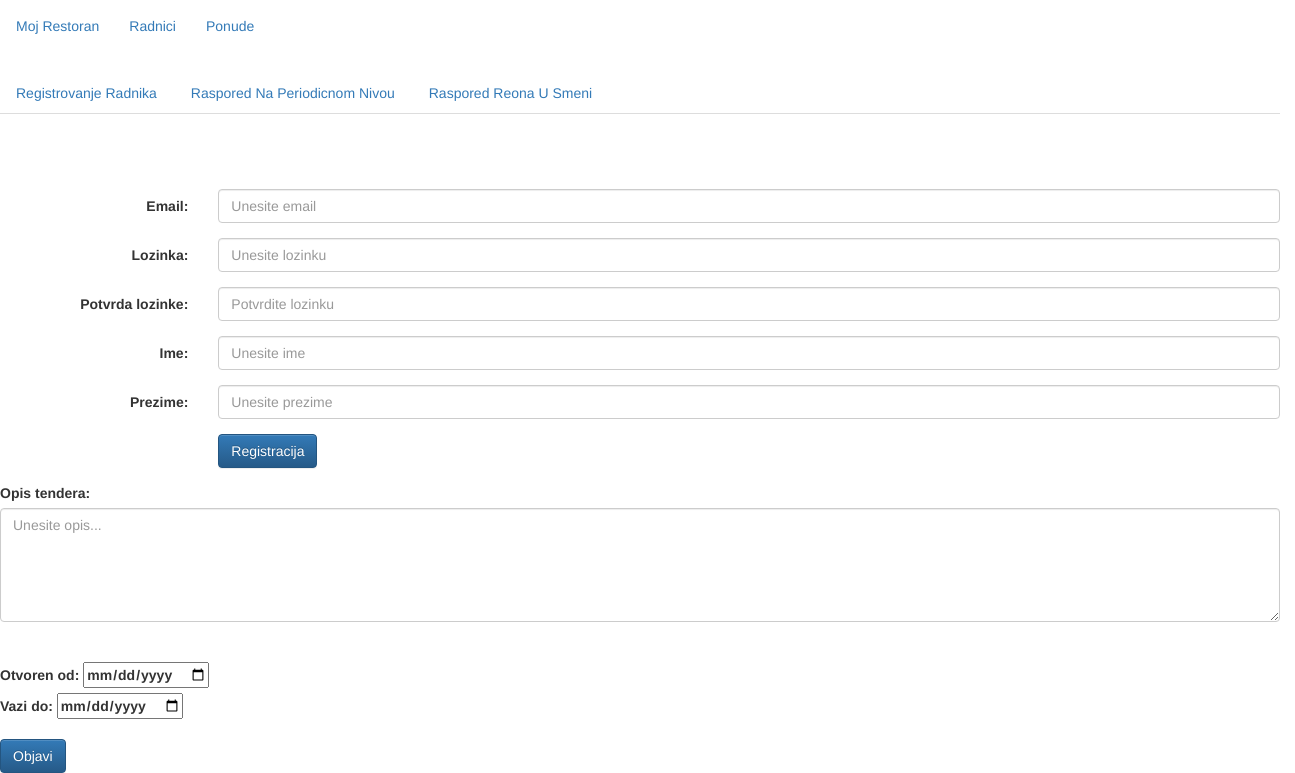
Repository: milanadam94/ISA-2016
Page: jpa-example/src/main/webapp/RestaurantManager/RestaurantManagerWorkers.html
These files come from the project's save history. The page is drawn as it stood at one moment and after the next save; the edit follows.
The browser window is 1280 px wide. The page is 1295 px wide, so the pictures cover 1295 px, including what lies to the right of the window. The pictures show the whole page.
Some web libraries are served in a nearby version.

Above is the page before, as saved 2017-02-26 04:04:40.

### jpa-example/src/main/webapp/RestaurantManager/RestaurantManagerWorkers.html
<!DOCTYPE html>
<html>
<head>
<meta charset="ISO-8859-1">
<title>Menadzer Restorana</title>

<!-- JQUERY -->
<script src="https://code.jquery.com/jquery-3.1.1.js" integrity="sha256-16cdPddA6VdVInumRGo6IbivbERE8p7CQR3HzTBuELA=" crossorigin="anonymous"></script>

<!-- BOOTSTRAP CSS -->
<link rel="stylesheet" href="https://maxcdn.bootstrapcdn.com/bootstrap/3.3.7/css/bootstrap.min.css" integrity="sha384-BVYiiSIFeK1dGmJRAkycuHAHRg32OmUcww7on3RYdg4Va+PmSTsz/K68vbdEjh4u" crossorigin="anonymous">

<!-- BOOTSTRAP THEME -->
<link rel="stylesheet" href="https://maxcdn.bootstrapcdn.com/bootstrap/3.3.7/css/bootstrap-theme.min.css" integrity="sha384-rHyoN1iRsVXV4nD0JutlnGaslCJuC7uwjduW9SVrLvRYooPp2bWYgmgJQIXwl/Sp" crossorigin="anonymous">

<!-- BOOTSTRAP JS -->
<script src="https://maxcdn.bootstrapcdn.com/bootstrap/3.3.7/js/bootstrap.min.js" integrity="sha384-Tc5IQib027qvyjSMfHjOMaLkfuWVxZxUPnCJA7l2mCWNIpG9mGCD8wGNIcPD7Txa" crossorigin="anonymous"></script>

<!-- ANGULAR JS -->
<script src="https://ajax.googleapis.com/ajax/libs/angularjs/1.6.1/angular.js"></script>

<script src="/JQuery-cookie-plugin/jquery.cookie.js"></script>

<!-- TOASTR -->
<!-- <script src="https://cdnjs.cloudflare.com/ajax/libs/toastr.js/latest/css/toastr.css"></script> -->

</head>
<body ng-app="restManager" ng-controller="restManagerWorkersController">
	<nav id="myNavbar" class="navbar">
		<ul class="nav navbar-nav">
			<li><a href="RestaurantManager.html">Moj Restoran</a></li>
			<li><a href="RestaurantManagerWorkers.html">Radnici</a></li>
			<li><a href="RestaurantManagerOfferers.html">Ponude</a></li>
		</ul>
	</nav>
	<div>
		<div class="form-group">
			<ul class="nav nav-tabs">
				<li><a ng-click="registracija()">Registrovanje Radnika</a>
				<li><a ng-click="periodicniNivo()">Raspored Na Periodicnom Nivou</a>
				<li><a ng-click="reonUSmeni()">Raspored Reona U Smeni</a>
			</ul>
		</div>


		<!--  REGISTRACIJA  -->
		<!--  ====================================================== -->
		<div ng-show="registrovanjeShow">
			<br/><br/><br/>
			<form class="form-horizontal">
  			<div class="form-group">
    			<label class="control-label col-sm-2" for="email">Email:</label>
    			<div class="col-sm-10">
      				<input type="email" class="form-control" id="email" ng-model="newWorker.email" placeholder="Unesite email">
    			</div>
  			</div>
  			<div class="form-group">
    			<label class="control-label col-sm-2" for="pwd">Lozinka:</label>
    			<div class="col-sm-10">
      				<input type="password" class="form-control" id="pwd" ng-model="newWorker.password" placeholder="Unesite lozinku">
    			</div>
  			</div>
  			<div class="form-group">
    			<label class="control-label col-sm-2" for="pwd2">Potvrda lozinke:</label>
    			<div class="col-sm-10">
      				<input type="password" class="form-control" id="pwd2" ng-model="passwordConfirm" placeholder="Potvrdite lozinku">
    			</div>
  			</div>
  			<div class="form-group">
    			<label class="control-label col-sm-2" for="ime">Ime:</label>
    			<div class="col-sm-10">
      				<input type="text" class="form-control" id="ime" ng-model="newWorker.name" placeholder="Unesite ime">
    			</div>
  			</div>
  			<div class="form-group">
    			<label class="control-label col-sm-2" for="prezime">Prezime:</label>
    			<div class="col-sm-10">
      				<input type="text" class="form-control" id="prezime" ng-model="newWorker.lastName" placeholder="Unesite prezime">
    			</div>
  			</div>
  			<div class="form-group text-danger" ng-if="error">{{ errorMessage }}</div>
  			<div class="form-group">
    			<div class="col-sm-offset-2 col-sm-10">
      				<button type="submit" class="btn btn-primary" ng-click="registerWorker()">Registracija</button>
    			</div>
  			</div>
  			</form>

		</div>



		<!--  DODAVANJE OGLASA -->
		<!--  ================================ -->
		<div ng-show="objavljivanjeShow">

			<div class="form-group">
				<label for="description">Opis tendera:</label>
				<textarea class="form-control" rows="5" id="tenderDescription" ng-model="newTender.description" placeholder="Unesite opis..."></textarea>
				<br/><br/>
				<label for="startDate">Otvoren od: <input type="date" ng-model="newTender.startDate" > </input> </label> <br/>
				<label for="startDate">Vazi do: <input type="date" ng-model="newTender.endDate"> </input> </label>

			</div>

			<button type="submit" class="btn btn-primary" ng-click="ObjaviTender()">Objavi</button>

		</div>





		<div  ng-show="pregledShow">

		</div>


	</div>

</body>


<!-- ANGULAR SCRIPT -->
<script src="RestaurantManagerOfferers.js"></script>

</html>

### jpa-example/src/main/webapp/RestaurantManager/RestaurantManagerOfferers.js
angular.element(document).ready(function () {
    console.log('page loading completed');
});
var restManager = angular.module('restManager', []).config(['$qProvider', '$httpProvider', function ($qProvider, $httpProvider)  {
    $qProvider.errorOnUnhandledRejections(false);

}]).run(['$rootScope', '$http', '$window', function ($rootScope, $http, $window) {

	//namestiti dole u funckcijama gde treba user.email kada se ovo namesti!
	if (typeof $.cookie('user') !== 'undefined') {
		$scope.user = JSON.parse($.cookie('user'));

		if(user.userType == "GUEST") {
			$window.location.href = "/GuestPage/GuestPage.html";
		}
		// DALJE
	}

}]);




restManager.controller('restManagerOfferersController', [ '$scope', 'registarService','tenderService', function($scope, registarService, tenderService){

	setShows = function(registrovanjeShow, objavljivanjeShow, pregledShow){
		$scope.registrovanjeShow = registrovanjeShow;
		$scope.objavljivanjeShow = objavljivanjeShow;
		$scope.pregledShow = pregledShow;
	}
	setShows(false,false,false);

	$scope.error = false;
	$scope.errorMessage = "";


	$scope.registracija = function(){
		setShows(true,false,false);
	}

	$scope.objavljivanje = function(){
		setShows(false,true,false);
	}

	$scope.pregled = function(){
		setShows(false,false,true);
	}


	$scope.newOfferer= {
			email : "",
			password : "",
			name : "",
			lastName : "",
			userType : "OFFERER"
	}
	$scope.passwordConfirm = "";

	$scope.newTender={
			description : "",
			startDate : "",
			endDate : ""
	}


	$scope.registerOfferer = function(){

		if($scope.newOfferer.email == "" ||
				$scope.newOfferer.pasword == "" ||
				$scope.newOfferer.name == "" ||
				$scope.newOfferer.lastName == "" ||
				$scope.newOfferer.password != $scope.passwordConfirm){

			$scope.error = true;
			$scope.errorMessage = "Neispravan unos!";
			return;
		}

		registarService.registarOfferer($scope.newOfferer);

	}

	$scope.ObjaviTender = function(){

		if($scope.newTender.description == "" || $scope.newTender.startDate == "" || $scope.newTender.endDate == ""){
			alert("Ne sme biti prazno!");
			return;
		}

		if($scope.newTender.startDate > $scope.newTender.endDate){
			alert("Datum pocetka mora biti pre datuma zavrsetka.");
			return;
		}

		tenderService.createTender($scope.newTender);

	}


}]);



restManager.service('registarService',['$window', '$http', function($window, $http){

	this.registarOfferer = function(newOfferer){

		$http({
			  method: 'POST',
			  data : newOfferer,
		      url : "../restManager/registarOfferer"
		}).then(function success(response){
				if(response.data == "Error free"){
					alert("Uspesno registrovan ponudjac");
					location.reload();
				}else{
					alert(response.data);
				}

			},
				function error(response) {
				  	alert("Error!");
			  }
		);

	}


}]);


restManager.service('tenderService',['$window','$http', function($window, $http){


	this.createTender = function(newTender){

		$http({
			  method: 'POST',
			  data : newTender,
		      url : "../restManager/createTender/1" //========================================== staviti user email
		}).then(function success(response){
				if(response.data == "Error free"){
					alert("Uspesno kreiran tender");
					location.reload();
				}else{
					alert(response.data);
				}

			},
				function error(response) {
				  	alert("Error!");
			  }
		);

	}

}]);

Loaded but not shown: jpa-example/src/main/webapp/JQuery-cookie-plugin/jquery.cookie.js (library)

After the next save:
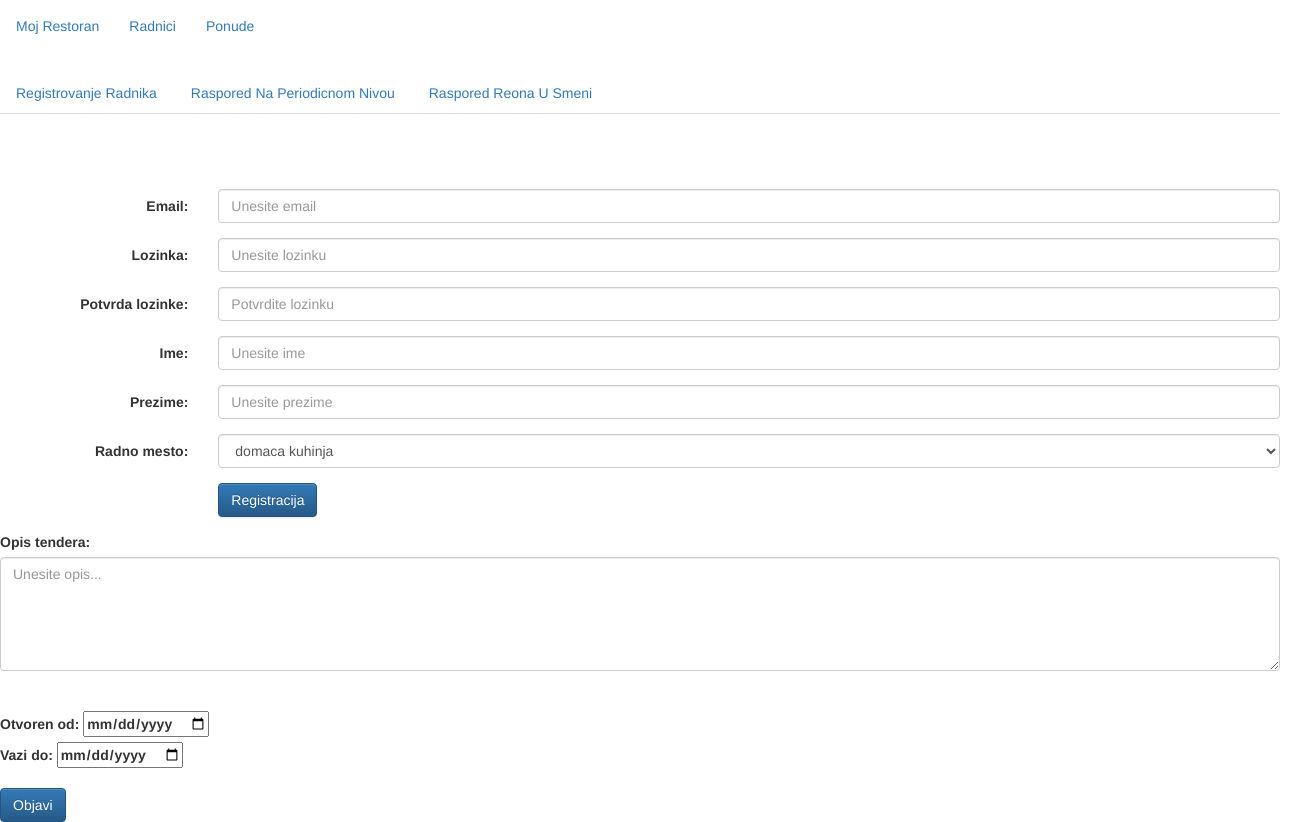
Saved 109 s later.
--- a/jpa-example/src/main/webapp/RestaurantManager/RestaurantManagerWorkers.html
+++ b/jpa-example/src/main/webapp/RestaurantManager/RestaurantManagerWorkers.html
@@ -78,6 +78,19 @@
       				<input type="text" class="form-control" id="prezime" ng-model="newWorker.lastName" placeholder="Unesite prezime">
     			</div>
   			</div>
+  			<div class="form-group">
+  				<label class="control-label col-sm-2" for="tip">Radno mesto:</label>
+  				<div class="col-sm-10">
+						<select class="form-control" id="tip" ng-model="newWorker.category" title="restaurant.category">
+						<option>domaca kuhinja</option>
+						<option>italijanski</option>
+						<option>kineski</option>
+						<option>francuski</option>
+						<option>vegan</option>
+						</select>
+				</div>
+  			</div>
+
   			<div class="form-group text-danger" ng-if="error">{{ errorMessage }}</div>
   			<div class="form-group">
     			<div class="col-sm-offset-2 col-sm-10">
